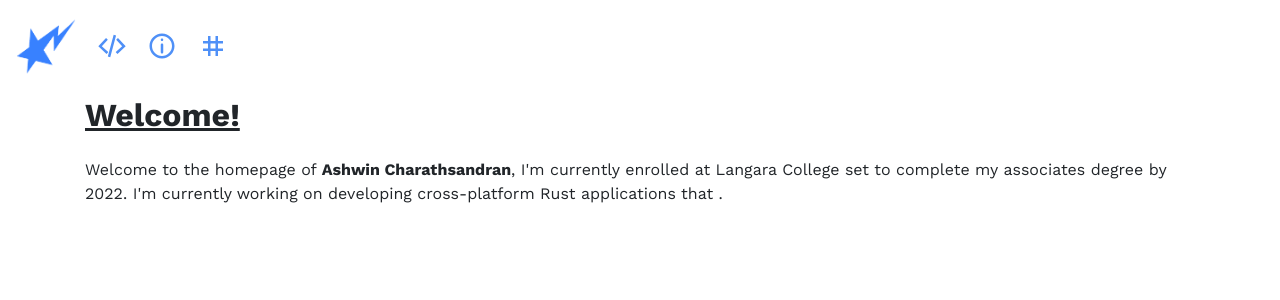
Repository: xxiz/ashwin.lol_flask
Page: http://localhost/
The author's editor kept a copy of each file at every save. The page is drawn from the files as they stood at one save, then again after the next save.
The browser window is 1280 px wide. The pictures show the whole page.
The page is served by the project's application, run on Flask 3 (app.py).

Above is the page before, as saved 2021-08-31 17:07:08.

### templates/index.html
{% extends 'base.html'%}
{% block content %}
    <h1>Welcome!</h1>
    <p>Welcome to the homepage of <b>Ashwin Charathsandran</b>, I'm currently enrolled at Langara College set to complete my associates degree by 2022. I'm currently working on developing cross-platform Rust applications that . </p>
{% endblock %}

### templates/base.html
<!DOCTYPE html>
<html lang="en">
<head>
    <meta charset="UTF-8">
    <meta http-equiv="X-UA-Compatible" content="IE=edge">
    <meta name="viewport" content="width=device-width, initial-scale=1.0">
    <meta name="viewport" content="width=device-width, initial-scale=1">
    <link rel="stylesheet" href="https://stackpath.bootstrapcdn.com/bootstrap/4.1.3/css/bootstrap.min.css" integrity="sha384-MCw98/SFnGE8fJT3GXwEOngsV7Zt27NXFoaoApmYm81iuXoPkFOJwJ8ERdknLPMO" crossorigin="anonymous">
    <link href='https://css.gg/home-alt.css' rel='stylesheet'>
    <link rel="stylesheet" href="static/app.css">
    <title>{{ title }}</title>
</head>
<body>
  <header>
    <nav>
      <!-- <a href="/"><?xml version="1.0" encoding="UTF-8"?><svg fill="none" viewBox="0 0 24 24" xmlns="http://www.w3.org/2000/svg"><path d="m6 22.879c-1.6568 0-3-1.3432-3-3v-10c0-0.03389 0.00169-0.0674 0.00498-0.10043h-0.00498c0-0.57596 0.2288-1.1283 0.63607-1.5356l6.2426-6.2426c1.1715-1.1716 3.071-1.1716 4.2426 0l6.2426 6.2426c0.4073 0.40726 0.6361 0.95963 0.6361 1.5356h-5e-3c0.0033 0.03303 5e-3 0.06654 5e-3 0.10043v10c0 1.6568-1.3431 3-3 3h-12zm6.7071-19.464 6.2929 6.2929v10.172c0 0.5522-0.4477 1-1 1h-3v-5c0-1.6569-1.3431-3-3-3s-3 1.3431-3 3v5h-3c-0.55228 0-1-0.4478-1-1v-10.172l6.2929-6.293c0.3905-0.39052 1.0237-0.39052 1.4142 0z" clip-rule="evenodd" fill="currentColor" fill-rule="evenodd"/></svg></a> -->
      <a class="logo" href="/"><img src="/static/logo.png" alt="A"></a>
      <a href="/projects"><?xml version="1.0" encoding="UTF-8"?><svg viewBox="0 0 24 24" xmlns="http://www.w3.org/2000/svg"><path d="m13.325 3.0501-4.6576 17.382 1.9319 0.5176 4.6575-17.382-1.9318-0.51764z" fill="currentColor"/><path d="m7.612 18.361 1.3594-1.4484-5e-4 -0.0191-5.0943-4.7812 4.7904-5.1041-1.4583-1.3687-6.1591 6.5624 6.5624 6.1591z" fill="currentColor"/><path d="m16.388 18.361-1.3594-1.4484 5e-4 -0.0191 5.0943-4.7812-4.7904-5.1041 1.4583-1.3687 6.1591 6.5624-6.5624 6.1591z" fill="currentColor"/></svg></a>
      <a href=""><?xml version="1.0" encoding="UTF-8"?><svg viewBox="0 0 24 24" xmlns="http://www.w3.org/2000/svg"><path d="m11 10.979c0-0.5523 0.4477-1 1-1s1 0.44773 1 1v6c0 0.5523-0.4477 1-1 1s-1-0.4477-1-1v-6z" fill="currentColor"/><path d="m12 6.0512c-0.5523 0-1 0.44771-1 1 0 0.55228 0.4477 1 1 1s1-0.44772 1-1c0-0.55229-0.4477-1-1-1z" fill="currentColor"/><path d="m12 2c-5.5228 0-10 4.4772-10 10 0 5.5228 4.4772 10 10 10 5.5228 0 10-4.4772 10-10 0-5.5228-4.4772-10-10-10zm-8 10c0 4.4183 3.5817 8 8 8 4.4183 0 8-3.5817 8-8 0-4.4183-3.5817-8-8-8-4.4183 0-8 3.5817-8 8z" clip-rule="evenodd" fill="currentColor" fill-rule="evenodd"/></svg></a>
      <a href=""><?xml version="1.0" encoding="UTF-8"?><svg fill="none" viewBox="0 0 24 24" xmlns="http://www.w3.org/2000/svg"><path d="m8 4v4h-4v2h4v4h-4v2h4v4h2v-4h4v4h2v-4h4v-2h-4v-4h4v-2h-4v-4h-2v4h-4v-4h-2zm6 10v-4h-4v4h4z" clip-rule="evenodd" fill="currentColor" fill-rule="evenodd"/></svg></a>
    </nav>
  </header>
  <main>
    <div class="container">
      {% block content %} {% endblock %}
  </div>
  </main>
    <script src="https://code.jquery.com/jquery-3.3.1.slim.min.js" integrity="sha384-q8i/X+965DzO0rT7abK41JStQIAqVgRVzpbzo5smXKp4YfRvH+8abtTE1Pi6jizo" crossorigin="anonymous"></script>
    <script src="https://cdnjs.cloudflare.com/ajax/libs/popper.js/1.14.3/umd/popper.min.js" integrity="sha384-ZMP7rVo3mIykV+2+9J3UJ46jBk0WLaUAdn689aCwoqbBJiSnjAK/l8WvCWPIPm49" crossorigin="anonymous"></script>
    <script src="https://stackpath.bootstrapcdn.com/bootstrap/4.1.3/js/bootstrap.min.js" integrity="sha384-ChfqqxuZUCnJSK3+MXmPNIyE6ZbWh2IMqE241rYiqJxyMiZ6OW/JmZQ5stwEULTy" crossorigin="anonymous"></script>
</body>
</html>

### app.py
from flask import Flask, request
from web.content import index_page, projects_page
web = Flask(__name__)
web.config['SQLALCHEMY_TRACK_MODIFICATIONS'] = False

@web.route('/')
def index():
    return index_page()

@web.route('/projects')
def projects():
    return projects_page()

### web/content.py
from flask import render_template
import json

# Page Content
prefix = "Ashwin Charathsandran — "

# Meta Tags
preview_message = ""
preview_title = ""
preview_image = ""

with open('web/projects.json', 'r') as file:
    projects = json.load(file)

def index_page():
    return render_template('index.html',
    title = prefix + "Welcome!",
    preview_title = preview_title,
    preview_image = preview_image,
    preview_message = preview_message)

def projects_page():
    return render_template('projects.html',
    title = prefix + "Projects",
    items = projects,
    preview_title = preview_title,
    preview_image = preview_image,
    preview_message = preview_message)

### web/projects.json
[
        {
            "title": "Vernon",
            "description": "Quality-focused reboot composite",
            "image_url": "http://placeimg.com/640/480"
        },
        {
            "title": "Nolan",
            "description": "Multi-layered firmware",
            "image_url": "http://placeimg.com/640/480"
        },
        {
            "title": "Reyes",
            "description": "array national",
            "image_url": "http://placeimg.com/640/480"
        }
]

### static/app.css
@import url('https://fonts.googleapis.com/css2?family=Work+Sans:wght@400;700&display=swap');
@import url('https://fonts.googleapis.com/css2?family=Open+Sans&display=swap');

:root {
    --blue: #4f90f7;
    --red: #d93434;
}

h1 {
    font-family: 'Work Sans', sans-serif;
    font-weight: 700;
    padding-bottom: 0.5em; padding-top: 0.5em;
    text-decoration: underline;
    font-size: 32px;
}

p {
    font-family: 'Work Sans', sans-serif;
    font-weight: 400;
}

a {
    text-decoration: none;
    color: var(--blue);
}

a:hover {
    animation: hover-effect 1s infinite linear;
}

.card {
    margin-bottom: 1.5em;
}

.description {
    padding-bottom: 0.5em;
    font-size: 18px;
}
nav {
    padding: 1em;
    overflow: hidden;
    position: fixed;
    top: 0;
    width: 100%;
}

nav a svg {
    width: 30px;
}

.navbar-logo {
    margin-right: 50px;
    width: 60px;
}

.nav-item {
    font-weight: 700;
}
main {
    padding-top: 80px;
}

.logo img {
    width: 60px;
}

nav a  {
    padding-right: 1em;
}
@keyframes hover-effect {
    0% {
        color: var(--blue);
    }
    50% {
        color: var(--red);

    }
    100% {
        color: var(--blue);
    }
}

After the next save:
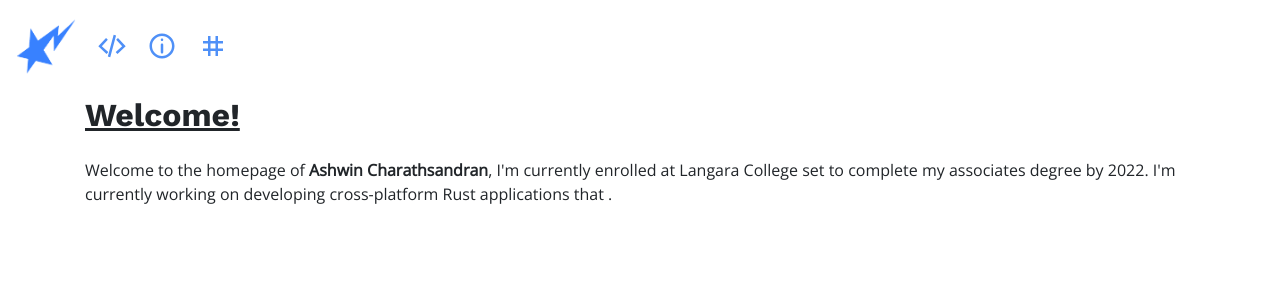
Saved 9 s later.
--- a/static/app.css
+++ b/static/app.css
@@ -15,7 +15,7 @@ h1 {
 }
 
 p {
-    font-family: 'Work Sans', sans-serif;
+    font-family: 'Open Sans', sans-serif;
     font-weight: 400;
 }
 
